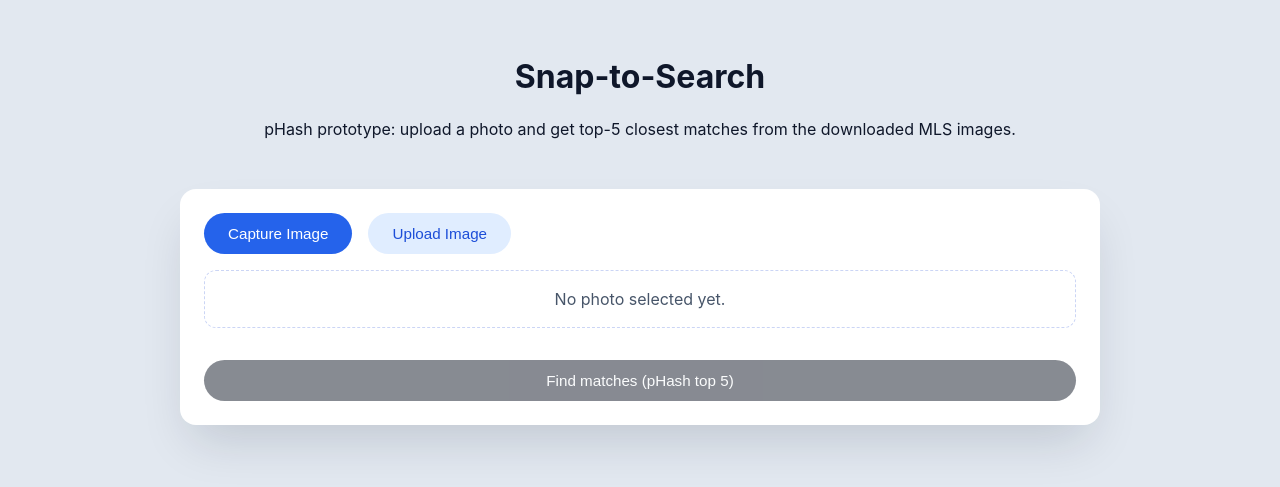
Repository: DeepthiD1/snap-to-search
Page: / (app in frontend/)
These files come from the project's save history. The page is drawn as it stood at one moment and after the next save; the edit follows.
The browser window is 1280 px wide. The pictures show the whole page.
The page's requests for data from a server got no answer. The project was rebuilt for these pictures with package versions that can differ from the ones it lists, and the page was loaded fresh each time. No one was signed in, and anything a server would have sent is missing. Also part of the build but not shown: frontend/vite.config.ts.

Above is the page before, as saved 2026-01-06 22:29:28.

After the next save:
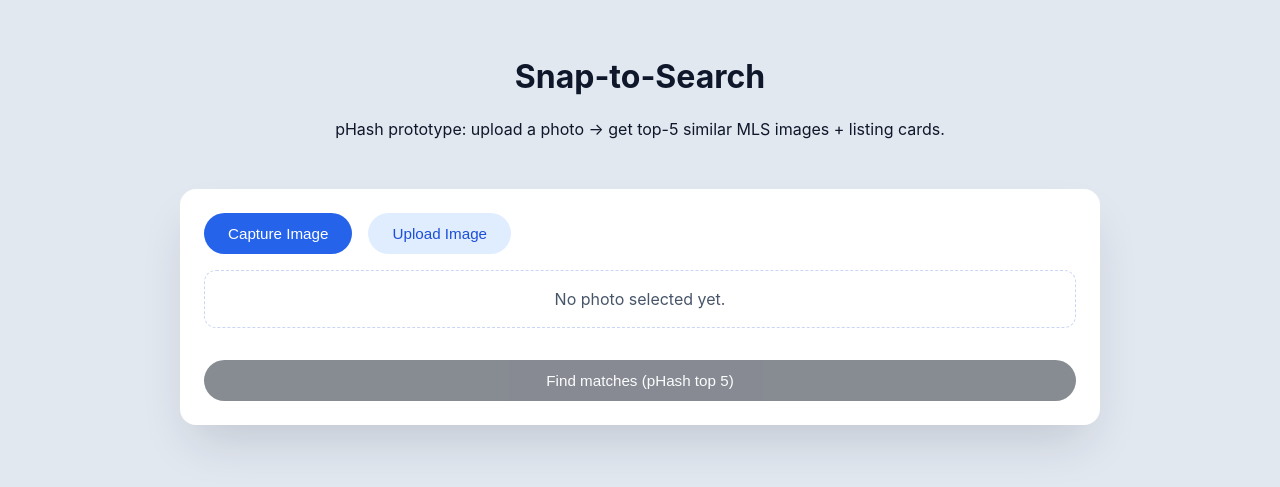
Saved 36 s later.
--- a/frontend/src/App.tsx
+++ b/frontend/src/App.tsx
@@ -1,14 +1,30 @@
-import { useEffect, useMemo, useRef, useState } from 'react';
+import { useEffect, useRef, useState } from 'react';
 import './App.css';
 
 const API_BASE_URL = import.meta.env.VITE_API_BASE ?? 'http://localhost:4000';
+
+type ListingSummary = {
+  listingId: string;
+  url?: string;
+  addressLine?: string;
+  city?: string;
+  state?: string;
+  zipCode?: string;
+  listPrice?: number;
+  bedrooms?: number;
+  bathrooms?: number;
+  livingArea?: number;
+  yearBuilt?: number;
+  status?: string;
+};
 
 type PHashMatch = {
   listingId: string;
   filename: string;
   hash: string;
   distance: number;
-  previewImageUrl: string; // backend returns: /static/mls_images_10/<file>
+  previewImageUrl: string; // backend sends absolute URL
+  listing?: ListingSummary | null;
 };
 
 type PHashResponse = {
@@ -23,8 +39,17 @@ interface UiState {
   info?: string;
 }
 
-function App() {
-  useMemo(() => self.crypto.randomUUID(), []); // unused for pHash-only, ok to keep
+function formatPrice(n?: number) {
+  if (typeof n !== 'number') return '—';
+  return n.toLocaleString(undefined, { style: 'currency', currency: 'USD', maximumFractionDigits: 0 });
+}
+
+function formatNum(n?: number) {
+  if (typeof n !== 'number') return '—';
+  return n.toLocaleString();
+}
+
+export default function App() {
   const uploadInputRef = useRef<HTMLInputElement>(null);
   const captureInputRef = useRef<HTMLInputElement>(null);
 
@@ -32,7 +57,6 @@ function App() {
   const [previewUrl, setPreviewUrl] = useState<string | null>(null);
 
   const [uiState, setUiState] = useState<UiState>({ loading: false });
-
   const [queryHash, setQueryHash] = useState<string | null>(null);
   const [top, setTop] = useState<PHashMatch[]>([]);
 
@@ -101,7 +125,7 @@ function App() {
     <main className="app-shell">
       <header>
         <h1>Snap-to-Search</h1>
-        <p>pHash prototype: upload a photo and get top-5 closest matches from the downloaded MLS images.</p>
+        <p>pHash prototype: upload a photo → get top-5 similar MLS images + listing cards.</p>
       </header>
 
       <section className="capture-panel">
@@ -157,29 +181,60 @@ function App() {
         <section className="results-panel">
           <div className="results-header">
             <div>
-              <h2>Top pHash matches</h2>
+              <h2>Top matches</h2>
               {queryHash && <p>Query hash: {queryHash}</p>}
             </div>
           </div>
 
           <div className="matches-grid">
-            {top.map((m) => (
-              <article key={m.listingId} className="match-card">
-                <img src={`${API_BASE_URL}${m.previewImageUrl}`} alt={m.listingId} />
-                <div className="match-body">
-                  <h3>{m.listingId}</h3>
-                  <p>
-                    Distance: <strong>{m.distance}</strong>
-                  </p>
-                  <p className="muted">hash: {m.hash}</p>
-                </div>
-              </article>
-            ))}
+            {top.map((m) => {
+              const listing = m.listing ?? null;
+              return (
+                <article key={m.listingId} className="match-card">
+                  <img src={m.previewImageUrl} alt={listing?.addressLine ?? m.listingId} />
+                  <div className="match-body">
+                    <h3>{listing?.addressLine ?? `Listing ${m.listingId}`}</h3>
+
+                    <p className="muted">
+                      pHash distance: <strong>{m.distance}</strong>
+                    </p>
+
+                    <div className="match-metrics">
+                      <p>
+                        Price: <strong>{formatPrice(listing?.listPrice)}</strong>
+                      </p>
+                      <p>
+                        Beds/Baths: <strong>{listing?.bedrooms ?? '—'}</strong> /{' '}
+                        <strong>{listing?.bathrooms ?? '—'}</strong>
+                      </p>
+                      <p>
+                        Sqft: <strong>{formatNum(listing?.livingArea)}</strong>
+                      </p>
+                      {listing?.status && (
+                        <p>
+                          Status: <strong>{listing.status}</strong>
+                        </p>
+                      )}
+                    </div>
+
+                    <div className="results-actions">
+                      {listing?.url ? (
+                        <a className="primary ghost" href={listing.url} target="_blank" rel="noreferrer">
+                          View listing
+                        </a>
+                      ) : (
+                        <button type="button" className="primary ghost" disabled title="No listing URL returned">
+                          View listing
+                        </button>
+                      )}
+                    </div>
+                  </div>
+                </article>
+              );
+            })}
           </div>
         </section>
       )}
     </main>
   );
 }
-
-export default App;
